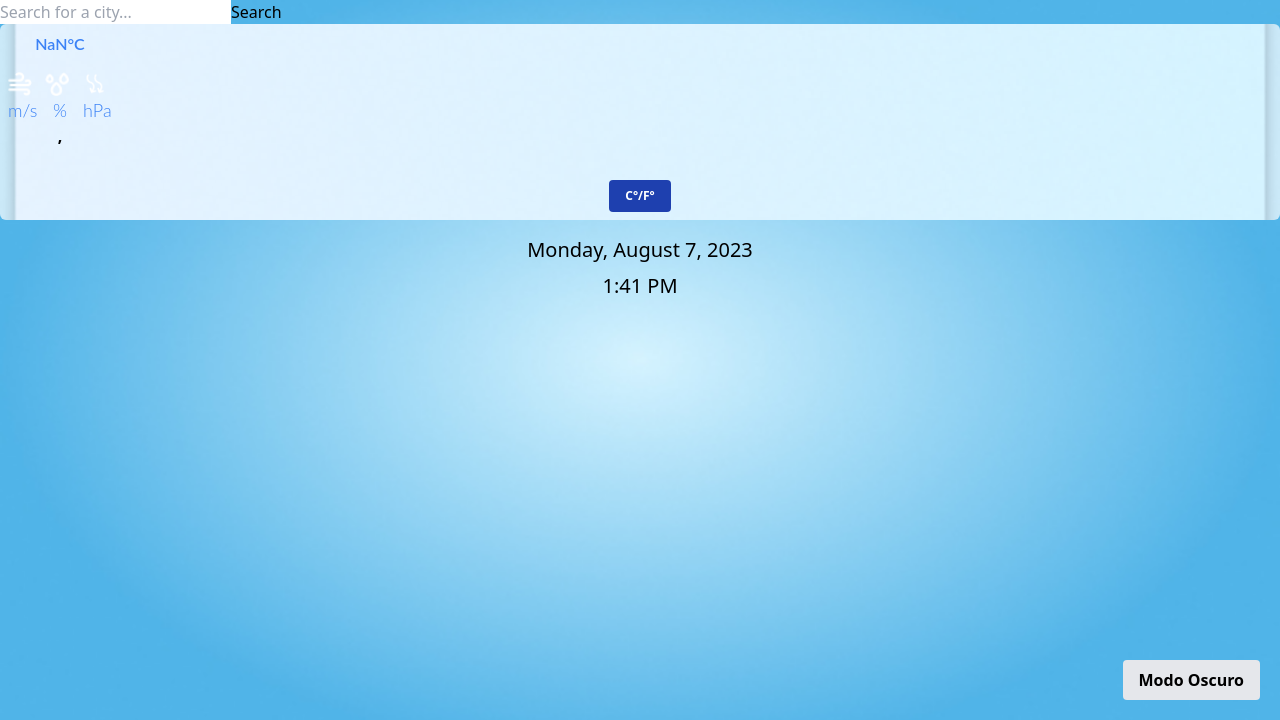
Repository: LukasMoyano/WeatherApp-_-LukasMoyano-_-V-_4.0_6.6.6
Page: /
An editor plug-in stored every save of this project. The page is shown before and after the next save, followed by the edit.
The browser window is 1280 px wide. The pictures show the whole page.
The page's requests for data from a server got no answer. The project was rebuilt for these pictures with package versions that can differ from the ones it lists, and the page was loaded fresh each time. No one was signed in, and anything a server would have sent is missing. Also part of the build but not shown: vite.config.js.

Above is the page before, as saved 2023-08-07 21:35:58.

After the next save:
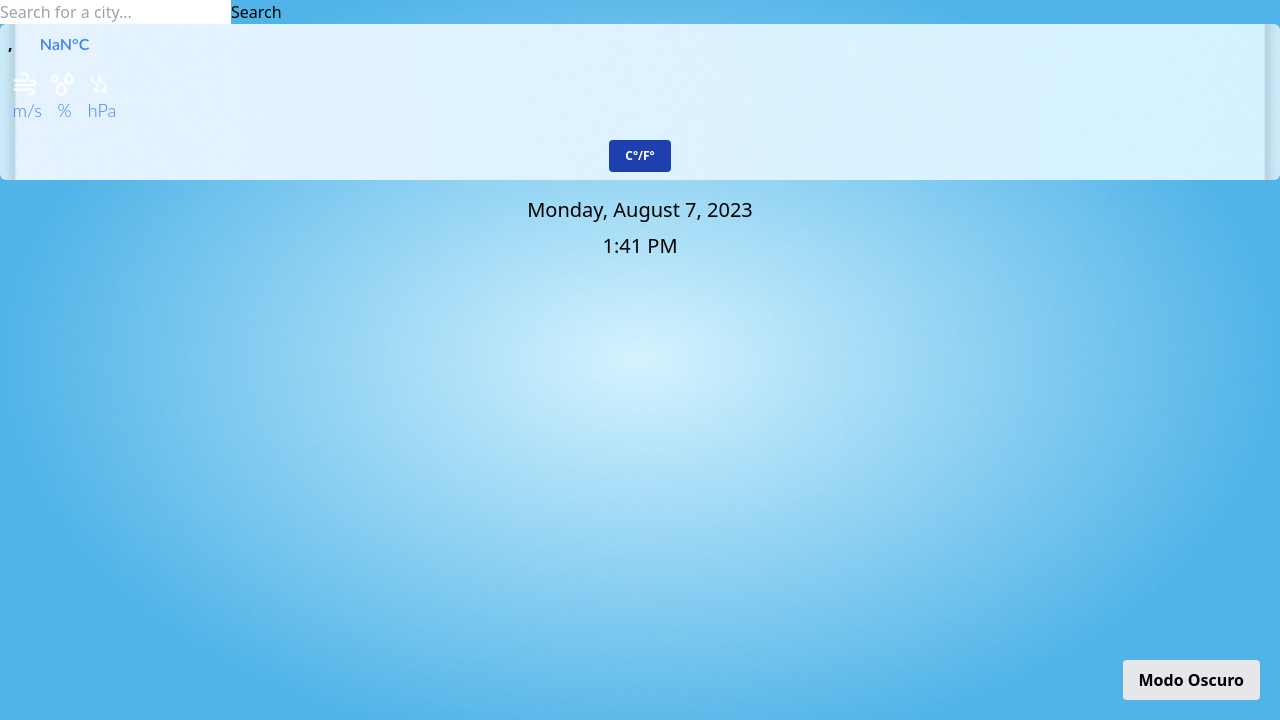
Saved 62 s later.
--- a/src/components/Weather.jsx
+++ b/src/components/Weather.jsx
@@ -51,6 +51,10 @@
     >
       <section className="flex">
         {/* Columna Izquierda */}
+                  {/* Nombre de la Ciudad */}{/* País */}
+                  <h2 className="text-1xl font-bold mb-4">{weatherInfo?.name}, {weatherInfo?.sys?.country}</h2>
+
+
         <div className="text-center">
           {/* Temperatura Actual */}
           <div className={` font-lato font-Lato text-79 font-semibold leading-normal tracking-normal text-center text-blue-500
@@ -72,8 +76,7 @@
               {weatherInfo?.main.pressure} hPa
             </div>
           </div>
-          {/* Nombre de la Ciudad */}{/* País */}
-          <h2 className="text-1xl font-bold mb-4">{weatherInfo?.name}, {weatherInfo?.sys?.country}</h2>
+
 
         </div>
 

After the save that followed:
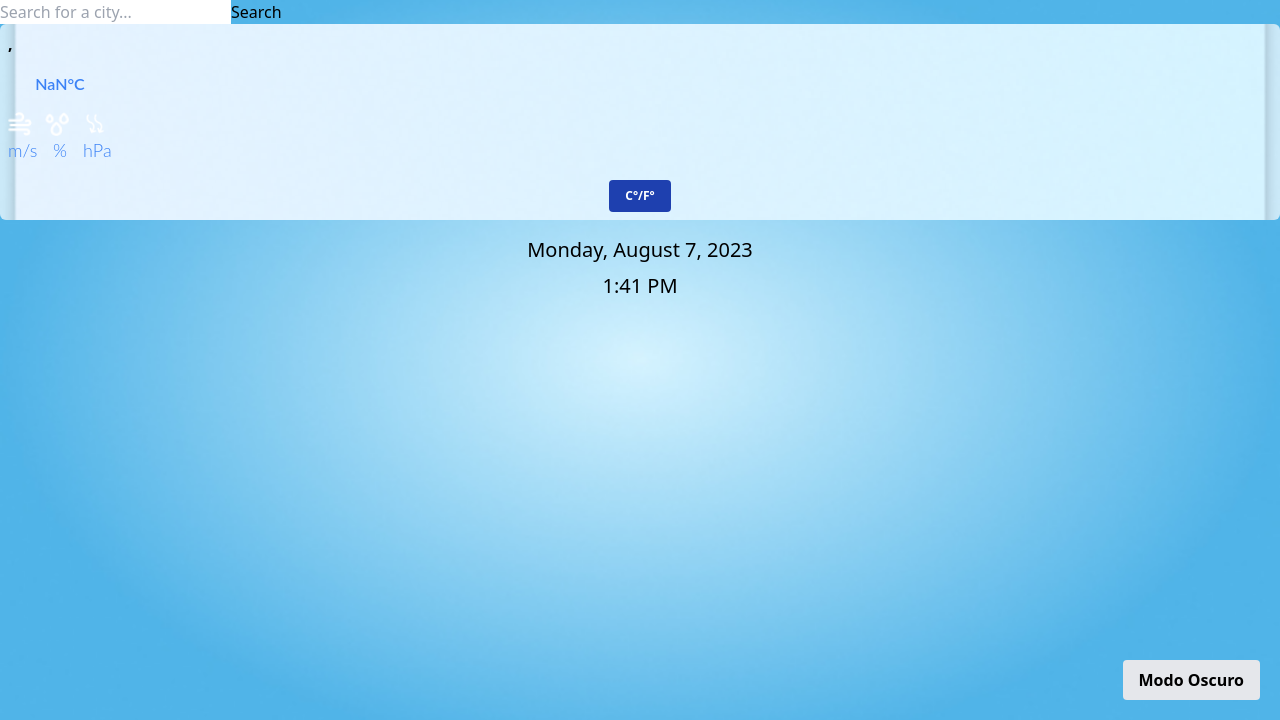
Saved 21 s later.
--- a/src/components/Weather.jsx
+++ b/src/components/Weather.jsx
@@ -49,11 +49,11 @@
         })`,
       }}
     >
+
+                {/* Nombre de la Ciudad */}{/* País */}
+                <h2 className="text-1xl font-bold mb-4">{weatherInfo?.name}, {weatherInfo?.sys?.country}</h2>
       <section className="flex">
         {/* Columna Izquierda */}
-                  {/* Nombre de la Ciudad */}{/* País */}
-                  <h2 className="text-1xl font-bold mb-4">{weatherInfo?.name}, {weatherInfo?.sys?.country}</h2>
-
 
         <div className="text-center">
           {/* Temperatura Actual */}
